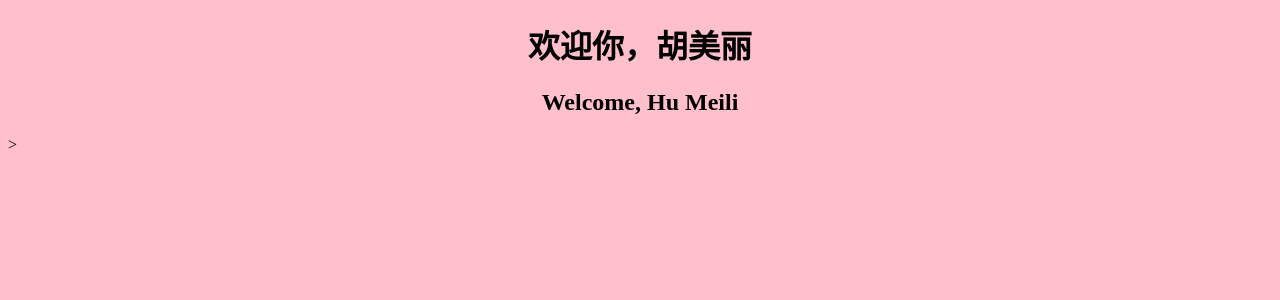
Repository: NanmeiYC/NanmeiYC.github.io
Page: zhuye.html
An editor plug-in stored every save of this project. The page is shown before and after the next save, followed by the edit.
The browser window is 1280 px wide. The pictures show the whole page.

Above is the page before, as saved 2021-05-28 23:33:32.

After the next save:
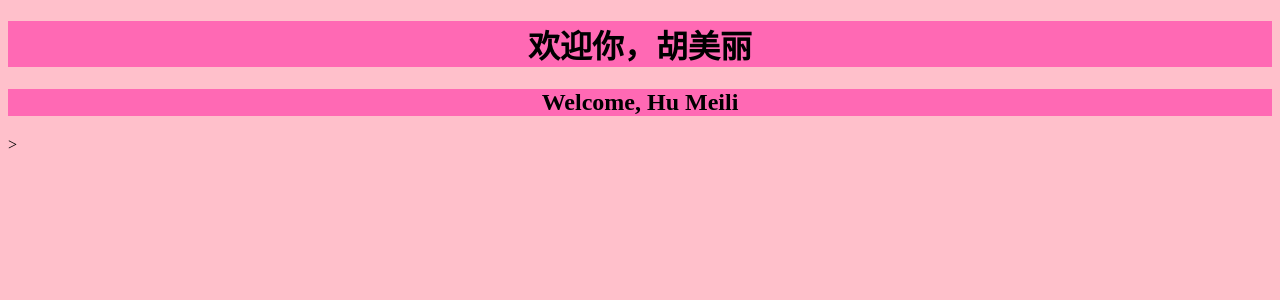
Saved 4 s later.
--- a/zhuye.html
+++ b/zhuye.html
@@ -6,7 +6,7 @@
     </head>
     <style>
         h1,h2{
-
+            background-color:hotpink;
         }
     </style>
     <body bgcolor="pink">
